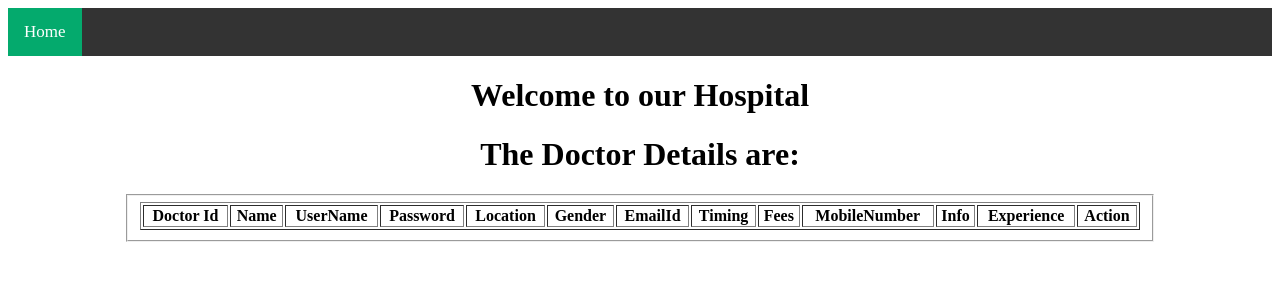
Repository: Hanish2/Springboot
Page: http://localhost/digi-page/posts.jsp
The author's editor kept a copy of each file at every save. The page is drawn from the files as they stood at one save, then again after the next save.
The browser window is 1280 px wide. The pictures show the whole page.
The page is served by Tomcat 9. Other server files are loaded and not shown.

Above is the page before, as saved 2022-10-26 11:27:06.

### socialmediapage/digi-page/src/main/webapp/posts.jsp
<%@ page language="java" contentType="text/html; charset=ISO-8859-1"
    pageEncoding="ISO-8859-1"%>

    <%@ taglib uri="http://java.sun.com/jsp/jstl/core" prefix="c" %>
<!DOCTYPE html>
<html>
<head>
<meta charset="ISO-8859-1">
<title>Insert title here</title>




<style >
.topnav {
  background-color: #333;
  overflow: hidden;
}





.topnav a {
  float: left;
  color: #f2f2f2;
  text-align: center;
  padding: 14px 16px;
  text-decoration: none;
  font-size: 17px;
}





.topnav a:hover {
  background-color: #ddd;
  color: black;
}





.topnav a.active {
  background-color: #04AA6D;
  color: white;
}




</style>
</head>
<body>



<div class="topnav">
  <a class="active" href="/">Home</a>
</div>



<center>
<h1> Welcome to our Hospital</h1>





<h1> The Doctor Details are:</h1>
<fieldset style="width: 1000px">





<table border = "1" width = "100%">
<thead>
<tr>
<th >Doctor Id</th>
<th>Name</th>
<th>UserName</th>



<th>Password</th>
<th>Location</th>
<th>Gender</th>
<th>EmailId</th>
<th>Timing</th>
<th>Fees</th>
<th>MobileNumber</th>
<th>Info</th>
<th>Experience</th>
<th>Action</th>



</tr>
</thead>
<tbody>





<c:forEach items="${result}" var="x">
  <tr>
    <td>${x.id}</td>
    <td>${x.name}</td>
   <td>${x.username}</td>
   <td>${x.password}</td>
    <td>${x.location}</td>
    <td>${x.gender}</td>
    <td>${x.emailid}</td>

    <td>${x.timing}</td>
    <td>${x.fees}</td>
    <td>${x.mobilenumber}</td>

    <td>${x.info}</td>
      <td>${x.experience}</td>

      <td>
      <form action="deletedoctor">
      <input type="submit" value="Delete">
      </form>
      </td>

       <td>
      <form action="updatedoctor">
      <input type="submit" value="Update">
      </form>
      </td>


</c:forEach>






</tbody>
</table>



</body>
</html>

After the next save:
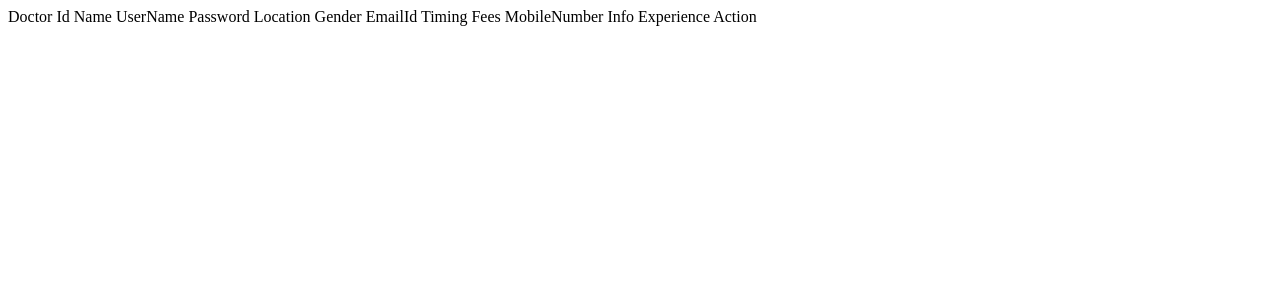
Saved 104 s later.
--- a/socialmediapage/digi-page/src/main/webapp/posts.jsp
+++ b/socialmediapage/digi-page/src/main/webapp/posts.jsp
@@ -7,77 +7,8 @@
 <head>
 <meta charset="ISO-8859-1">
 <title>Insert title here</title>
-
-
-
-
-<style >
-.topnav {
-  background-color: #333;
-  overflow: hidden;
-}
-
-
-
-
-
-.topnav a {
-  float: left;
-  color: #f2f2f2;
-  text-align: center;
-  padding: 14px 16px;
-  text-decoration: none;
-  font-size: 17px;
-}
-
-
-
-
-
-.topnav a:hover {
-  background-color: #ddd;
-  color: black;
-}
-
-
-
-
-
-.topnav a.active {
-  background-color: #04AA6D;
-  color: white;
-}
-
-
-
-
-</style>
 </head>
 <body>
-
-
-
-<div class="topnav">
-  <a class="active" href="/">Home</a>
-</div>
-
-
-
-<center>
-<h1> Welcome to our Hospital</h1>
-
-
-
-
-
-<h1> The Doctor Details are:</h1>
-<fieldset style="width: 1000px">
-
-
-
-
-
-<table border = "1" width = "100%">
 <thead>
 <tr>
 <th >Doctor Id</th>
@@ -109,11 +40,11 @@
 
 <c:forEach items="${result}" var="x">
   <tr>
-    <td>${x.id}</td>
-    <td>${x.name}</td>
-   <td>${x.username}</td>
-   <td>${x.password}</td>
-    <td>${x.location}</td>
+    <td>${x.post_id}</td>
+    <td>${x.user_id}</td>
+   <td>${x.image_url}</td>
+   <td>${x.description}</td>
+    <td>${x.likes}</td>
     <td>${x.gender}</td>
     <td>${x.emailid}</td>
 
